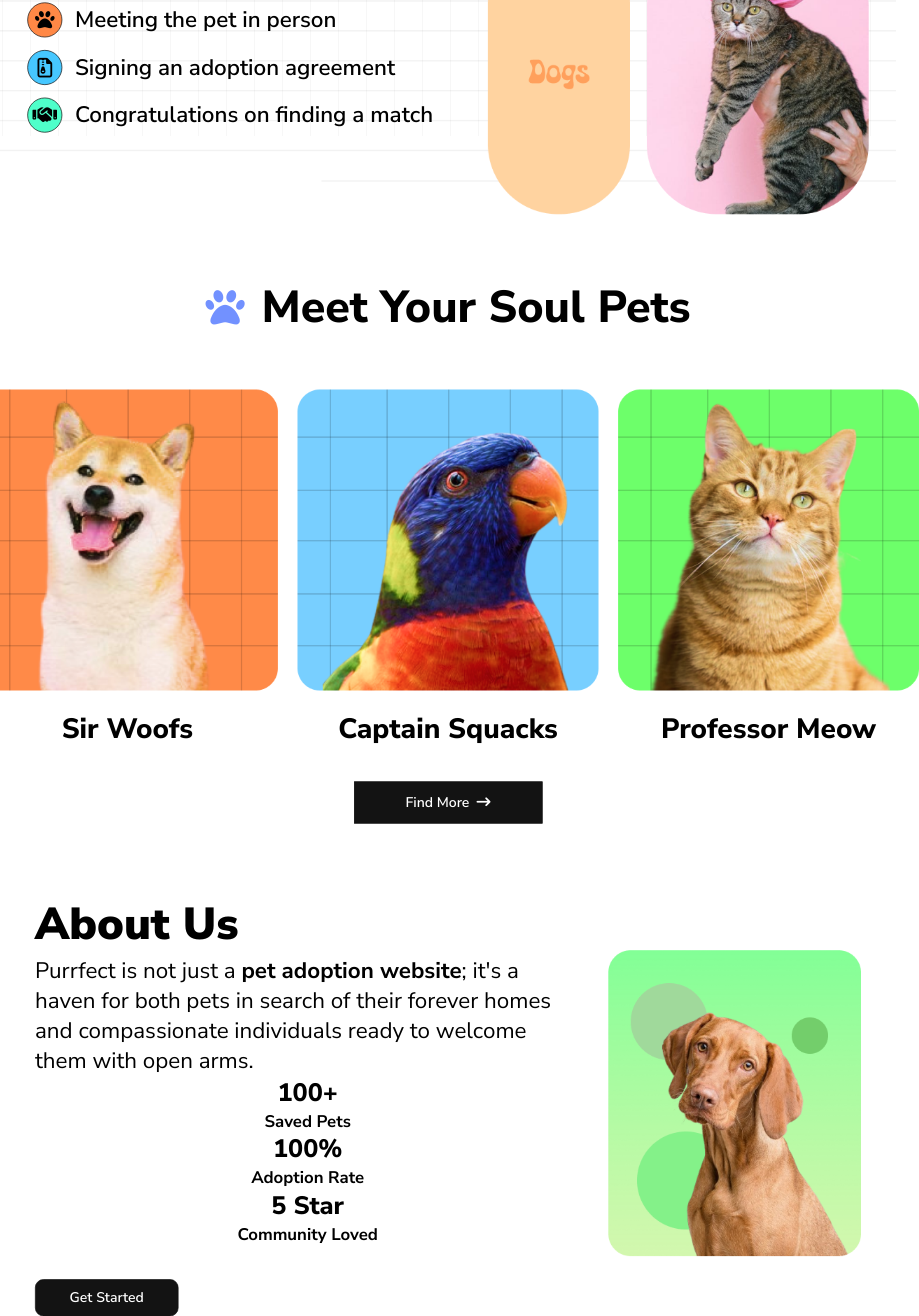
Repository: prashidika/purrfect-pet-adoption
Page: index.html
The author's editor kept a copy of each file at every save. The page is drawn from the files as they stood at one save, then again after the next save.
The browser window is 1280 px wide. The page is 1313 px wide, so the pictures cover 1313 px, including what lies to the right of the window. The pictures show the part of the page from y = 1529 to 3409 px (the page is 3409 px tall before and 3248 px after), at 70% of full size.
Some web libraries are served in a nearby version.

Above is the page before, as saved 2025-08-27 23:06:37.

### index.html
<!DOCTYPE html>
<html lang="en">

<head>
    <meta charset="UTF-8" />
    <!-- Use for responsiveness -->
    <meta name="viewport" content="width=device-width, initial-scale=1.0" />
    <!-- link To CSS -->
    <link rel="stylesheet" href="style.css" />
    <!-- link To JS -->
    <script src="index.js" defer></script>
    <!-- For Scroll Reveal -->
    <script src="https://unpkg.com/scrollreveal"></script>
    <!-- For Icons -->
    <link rel="stylesheet" href="https://cdnjs.cloudflare.com/ajax/libs/font-awesome/6.5.2/css/all.min.css"
        integrity="sha512-SnH5WK+bZxgPHs44uWIX+LLJAJ9/2PkPKZ5QiAj6Ta86w+fsb2TkcmfRyVX3pBnMFcV7oQPJkl9QevSCWr3W6A=="
        crossorigin="anonymous" referrerpolicy="no-referrer" />
    <!-- Link For Gsap -->
    <script src="https://cdnjs.cloudflare.com/ajax/libs/gsap/3.12.5/gsap.min.js"
        integrity="sha512-7eHRwcbYkK4d9g/6tD/mhkf++eoTHwpNM9woBxtPUBWm67zeAfFC+HrdoE2GanKeocly/VxeLvIqwvCdk7qScg=="
        crossorigin="anonymous" referrerpolicy="no-referrer"></script>
    <!-- Link For Gsap - Scroll Trigger -->
    <script src="https://cdnjs.cloudflare.com/ajax/libs/gsap/3.12.5/ScrollTrigger.min.js"
        integrity="sha512-onMTRKJBKz8M1TnqqDuGBlowlH0ohFzMXYRNebz+yOcc5TQr/zAKsthzhuv0hiyUKEiQEQXEynnXCvNTOk50dg=="
        crossorigin="anonymous" referrerpolicy="no-referrer"></script>
    <!-- Link For Lenis - Smooth Scrolling -->
    <script src="https://unpkg.com/@studio-freight/lenis@1.0.42/dist/lenis.min.js"></script>
    <!-- Link For Split Type -->
    <script src="https://cdn.jsdelivr.net/npm/split-type@0.3.4/umd/index.min.js"></script>

    <title>Purrfect | Pet Adoption</title>
</head>

<body></body>

</html>

<!-- Navbar -->
<nav>
    <a href="index.html" class="brand">
        <h1>Purr<b class="accent">fect</b></h1>
    </a>

    <div class="menu">
        <div class="btn">
            <i class="fas fa-times close-btn" aria-label="Close menu"></i>
        </div>
        <a href="index.html">Home</a>
        <a href="index.html#pets">Pets</a>
        <a href="index.html#requirements">Requirements</a>
        <a href="index.html#about">About</a>
        <a href="index.html#stories">Stories</a>
    </div>

    <button class="btn-2" onclick="window.location.href='contact.html'">
        <p>Contact Us</p>
        <i class="fa-solid fa-circle-arrow-right"></i>
    </button>

    <div class="btn">
        <i class="fas fa-bars menu-btn" aria-label="Open menu"></i>
    </div>
</nav>
<!-- Navbar End ---->

<!-- Hero Page Section -->
<section class="heropage">
    <div class="hero-headlines">
        <h1>Find Your Purrfect Pet Soul Today!</h1>
        <p>
            Discover Your Perfect Companion in Our Selection of Loving Pets
            Available for Adoption.

        </p>
        <div class="hero-headlines-buttons">
            <button class="btn-3">Our Pets</button>
            <button class="btn-3 btn-transparent">Contact Us</button>
        </div>
    </div>
    <div class="hero-images">
        <img src="img/hero-img-1.png" alt="img" />
        <img src="img/hero-img-2.png" alt="img" />
        <img src="img/hero-img-3.png" alt="img" />
    </div>
</section>

<!-- Hero Page Section End -->

<!-- Requirement Section -->

<section class="requirements" id="requirements">
    <div class="requirements-headlines">
        <p>Our process is simple and filled with joy every step of the way</p>

        <div class="r-item-container">
            <!-- r item 1 -->
            <div class="r-item">
                <div class="r-logo" style="background-color: #b9ff46">
                    <i class="fa-regular fa-newspaper"></i>
                </div>
                <h5>Submitting an application</h5>
            </div>
            <!-- r item 2 -->
            <div class="r-item">
                <div class="r-logo" style="background-color: #fff846">
                    <i class="fa-solid fa-phone"></i>
                </div>
                <h5>Attending a online interview</h5>
            </div>

            <!-- r item 3 -->
            <div class="r-item">
                <div class="r-logo" style="background-color: #ff8846">
                    <i class="fa-solid fa-paw"></i>
                </div>
                <h5>Meeting the pet in person</h5>
            </div>

            <!-- r item 4 -->
            <div class="r-item">
                <div class="r-logo" style="background-color: #46c7ff">
                    <i class="fa-regular fa-file-zipper"></i>
                </div>
                <h5>Signing an adoption agreement</h5>
            </div>

            <!-- r item 5 -->
            <div class="r-item">
                <div class="r-logo" style="background-color: #4fffca">
                    <i class="fa-solid fa-handshake"></i>
                </div>
                <h5>Congratulations on finding a match</h5>
            </div>
        </div>
    </div>
    <img src="img/requirements-img.png" alt="img" />
</section>
<!-- Requirement Section End -->


<!-- Pets Section -->
<!-- Pets Section -->
<section class="pets" id="pets">
    <div class="pets-headlines">
        <i class="fa-solid fa-paw"></i>
        <h1>Meet Your Soul Pets</h1>
    </div>

    <div class="pets-collection">
        <div class="pet-item">
            <img src="img/pet-item-1.png" alt="Sir Woofs" />
            <h3>Sir Woofs</h3>
        </div>
        <div class="pet-item">
            <img src="img/pet-item-2.png" alt="Sir Woofs" />
            <h3>Captain Squacks</h3>
        </div>
        <div class="pet-item">
            <img src="img/pet-item-3.png" alt="Sir Woofs" />
            <h3>Professor Meow</h3>
        </div>
    </div>
    </div>

    <button class="btn-3 btn-pets">
        <p>Find More</p>
        <i class="fa-solid fa-arrow-right-long"></i>
    </button>
</section>
</section>
<!-- Pets Section End -->

<!-- About Section -->
<div class="about" id="about">
    <div class="about-headlines">
        <h1>About Us</h1>
        <p class="reveal-type" data-bg-color="#cccccc" data-fg-color="black">
            Purrfect is not just a <b>pet adoption website</b>; it's a haven for both
            pets in search of their forever homes and compassionate individuals ready
            to welcome them with open arms.
        </p>
        <div class="about-info-container">
            <div class="about-info-item">
                <h5>100+</h5>
                <h6>Saved Pets</h6>
            </div>
            <div class="about-info-item">
                <h5>100%</h5>
                <h6>Adoption Rate</h6>
            </div>
            <div class="about-info-item">
                <h5>5 Star</h5>
                <h6>Community Loved</h6>
            </div>
        </div>
        <button class="btn-3">Get Started</button>
    </div>

    <div class="about-image">
        <img src="img/about-img.png" alt="img" />
    </div>
</div>
<!-- About Section End -->

### style.css
@import url("https://fonts.googleapis.com/css2?family=Nunito+Sans:ital,opsz,wght@0,6..12,200..1000;1,6..12,200..1000&display=swap");

* {
    margin: 0;
    padding: 0;
    box-sizing: border-box;
    font-family: "Nunito Sans", sans-serif;
}

:root {
    --accent: #ff9a24;
    --black: #131313;
}

body {
    min-height: 100vh;
}

section {
    min-width: 100%;
    min-height: 100vh;
    background-repeat: no-repeat;
    background-position: center;
    background-size: cover;
}

/* Navbar Section */
nav {
    z-index: 999;
    position: fixed;
    top: 0;
    left: 0;
    width: 100%;
    /* Added % */
    display: flex;
    justify-content: space-between;
    align-items: center;
    /* Fixed typo: 'centre' → 'center' */
    color: var(--black);
    background-color: white;
    padding: 30px 50px;
    transition: all 0.4s ease-out;
    filter: drop-shadow(5px 5px 10px transparent);
}

nav.sticky {
    background-color: white;
    filter: drop-shadow(5px 5px 10px #ffbe745e);
}

.brand {
    text-decoration: none;
    transition: all ease-in-out 0.3s;
    color: var(--black);
}

.brand h1 {
    font-size: 32px;
    font-weight: 900;
}

.accent {
    color: var(--accent);
}

.brand:hover {
    /* Fixed typo: 'brand.hover' → 'brand:hover' */
    opacity: 0.8;
}

.menu {
    display: flex;
    justify-content: center;
    /* Fixed typo: 'centre' → 'center' */
    align-items: center;
    gap: 42px;
}

.menu a {
    display: inline-block;
    position: relative;
    color: var(--black);
    text-decoration: none;
    font-size: 24px;
    font-weight: 400;
    border-radius: 32px;
    background-color: white;
    padding: 10px;
    transition: all 0.2s ease-out;
}

.menu a:hover {
    background-color: var(--accent);
    color: white;
}

.btn {
    color: white;
    font-size: 25px;
    cursor: pointer;
    display: none;
}

.btn-2 {
    display: flex;
    align-items: center;
    /* Fixed typo: 'centre' → 'center' */
    gap: 14px;
    font-size: 24px;
    font-weight: 500;
    color: var(--black);
    transition: all ease-in-out 0.2s;
    background-color: transparent;
    border: none;
    cursor: pointer;
}

.btn-2 i {
    font-size: 32px;
    transition: all 0.2s ease-out;
}

/* Fixed typo: '.btn2:hover i' → '.btn-2:hover i' */
.btn-2:hover i {
    color: var(--accent);
}

.btn-2:hover {
    gap: 10px;
}

/* ----------------- Hero Section ----------------- */
.heropage {
    margin-top: 150px;
    display: flex;
    flex-direction: column;
    align-items: center;
    background-image: url("img/hero-background-image.png");
    background-size: cover;
    background-position: center;
    padding: 100px 20px;
}

.hero-headlines {
    display: flex;
    flex-direction: column;
    align-items: center;
    width: 750px;
    text-align: center;
}

.hero-headlines h1 {
    font-size: 64px;
    font-weight: 900;
    margin-bottom: 20px;
    color: var(--black);
}

.hero-headlines p {
    font-size: 24px;
    font-weight: 600;
    margin-bottom: 40px;
    color: var(--black);
}

/* Hero Buttons */
.hero-headlines-buttons {
    display: flex;
    gap: 20px;
    flex-wrap: wrap;
}

.btn-3 {
    width: 205px;
    height: 53px;
    background-color: var(--black);
    font-size: 20px;
    font-weight: 600;
    color: white;
    border-radius: 12px;
    border: 1px solid var(--black);
    cursor: pointer;
    transition: all 0.2s ease-out;
}

.btn-3:hover {
    background-color: var(--accent);
    border-color: var(--accent);
}

/* Transparent Button */
.btn-transparent {
    background-color: transparent;
    color: var(--black);
    border: 1px solid var(--black);
}

.btn-transparent:hover {
    background-color: var(--accent);
    color: white;
    border-color: var(--accent);
}

/* Hero Images */
.hero-images {
    display: flex;
    margin-top: 56px;
    gap: 35px;
}

/* Requirements Section */
.requirements {
    margin-top: 50px;
    align-items: center;
    justify-content: center;
    display: flex;
    background-image: url("img/requirements-background-img.png");
}

.requirements-headlines {
    width: 658px;
}

.requirements-headlines h1 {
    font-size: 96px;
    font-weight: 900;
}

.requirements-headlines p {
    font-size: 32px;
    font-weight: 600;
    margin-bottom: 49px;
}

.r-item-container {
    display: flex;
    flex-direction: column;
    gap: 18px;
}

.r-item {
    display: flex;
    align-items: center;
    gap: 18px;
}

.r-logo {
    width: 50px;
    height: 50px;
    border: 1px solid var(--black);
    border-radius: 100%;
    display: flex;
    align-items: center;
    justify-content: center;
}

.r-logo i {
    font-size: 28px;
}

.r-item h5 {
    font-size: 32px;
    font-weight: 600;
}

/* Pets Section */
.pets {
    display: flex;
    flex-direction: column;
    align-items: center;
    margin-top: 74px;
}

.pets-headlines {
    display: flex;
    justify-content: center;
    align-items: center;
    gap: 24px;
}

.pets-headlines i {
    font-size: 56px;
    color: #7291ff;
}

.pets-headlines h1 {
    font-size: 64px;
    font-weight: 800;
}

.pets-collection {
    display: flex;
    gap: 28px;
    margin-top: 74px;
}

.pet-item {
    display: flex;
    flex-direction: column;
    align-items: center;
    gap: 28px;
    transition: 0.5s ease-out;
}

.pet-item h3 {
    font-size: 40px;
    font-weight: 800;
}

.btn-pets {
    width: 269px;
    height: 60px;
    /* added px */
    display: flex;
    align-items: center;
    justify-content: center;
    gap: 10px;
    border-radius: 0px;
    margin-top: 48px;
}

/* About Section */
.about {
    display: flex;
    align-items: center;
    justify-content: center;
    gap: 40px;
    margin-top: 100px;
    padding: 0 50px;

    /* makes it responsive */
}

.about-headlines {
    display: flex;
    flex-direction: column;
    width: 885px;
}

.about-headlines h1 {
    font-size: 64px;
    font-weight: 900;
}

.about-headlines p {
    font-size: 32px;
    font-weight: 400;
}

.about-info {
    display: flex;
    margin-top: 20px;
    justify-content: center;
    gap: 76px;
    margin-top: 40px;
}

.about-info-item {
    display: flex;
    flex-direction: column;
    align-items: center;
}

.about-info-item h5 {
    font-size: 36px;
    font-weight: 800;
    display: flex;
}

.about-info-item h6 {
    font-size: 24px;
    font-weight: 700;
    display: flex;
}

.about-headlines button {
    margin-top: 48px;
}

.about-headlines button:hover {
    background-color: #5677e6;
}

### index.js
// NAVBAR
const navbar = document.querySelector("nav");

// Scroll effect
window.addEventListener("scroll", () =>
    navbar.classList.toggle("sticky", window.scrollY > 0)
);

// Menu toggle
const menu = document.querySelector(".menu");
const toggleMenu = () => menu.classList.toggle("active");

// Event listeners for open/close menu
document.querySelector(".menu-btn").addEventListener("click", toggleMenu);
document.querySelector(".close-btn").addEventListener("click", toggleMenu);

// Close menu when clicking a link
document
    .querySelectorAll(".menu a")
    .forEach((link) => link.addEventListener("click", toggleMenu));

After the next save:
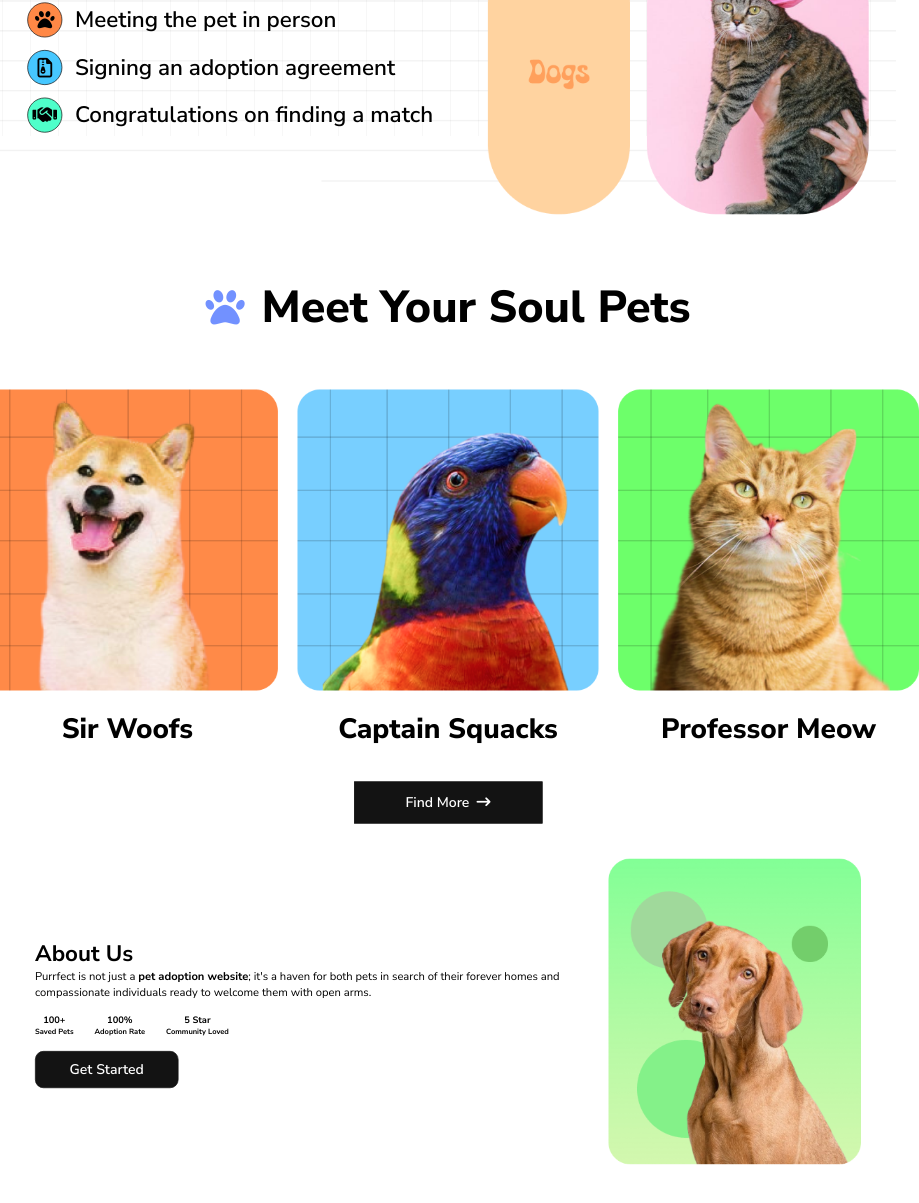
Saved 2 min 13 s later.
--- a/style.css
+++ b/style.css
@@ -323,60 +323,31 @@ nav.sticky {
 .about {
     display: flex;
     align-items: center;
-    justify-content: center;
-    gap: 40px;
-    margin-top: 100px;
-    padding: 0 50px;
-
-    /* makes it responsive */
+    /* vertically center items */
+    justify-content: space-between;
+    gap: 50px;
+    /* space between text and image */
+    padding: 50px;
 }
 
 .about-headlines {
-    display: flex;
-    flex-direction: column;
-    width: 885px;
-}
-
-.about-headlines h1 {
-    font-size: 64px;
-    font-weight: 900;
-}
-
-.about-headlines p {
-    font-size: 32px;
-    font-weight: 400;
-}
-
-.about-info {
-    display: flex;
-    margin-top: 20px;
-    justify-content: center;
-    gap: 76px;
-    margin-top: 40px;
+    flex: 1;
+}
+
+.about-info-container {
+    display: flex;
+    gap: 30px;
+    /* space between each info item */
+    margin: 20px 0;
 }
 
 .about-info-item {
-    display: flex;
-    flex-direction: column;
-    align-items: center;
-}
-
-.about-info-item h5 {
-    font-size: 36px;
-    font-weight: 800;
-    display: flex;
-}
-
-.about-info-item h6 {
-    font-size: 24px;
-    font-weight: 700;
-    display: flex;
-}
-
-.about-headlines button {
-    margin-top: 48px;
-}
-
-.about-headlines button:hover {
-    background-color: #5677e6;
-}
+    text-align: center;
+}
+
+.about-image img {
+    max-width: 400px;
+    width: 100%;
+    height: auto;
+    border-radius: 10px;
+}
